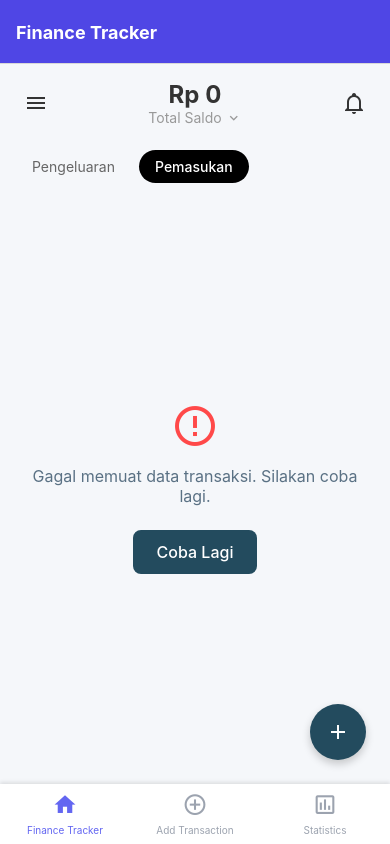
Repository: FarhanAryadi/FinTrack
Screen: /Home
An editor plug-in stored every save of this project. The screen is shown before and after a run of saves, followed by the edit.
The page's requests for data from a server got no answer. The app was drawn by React Native's web renderer in a window 390 px wide. The project was rebuilt for these pictures with package versions that can differ from the ones it lists, and the page was loaded fresh each time. No one was signed in, and anything a server would have sent is missing. Also part of the build but not shown: src/services/categoryService.ts, src/components/common/CategoryDropdown.tsx, src/screens/AddTransactionScreen.tsx, src/components/transactions/TransactionCard.tsx, src/components/common/Header.tsx, src/config/api.ts, src/api/transactionService.ts, src/hooks/useTransactions.ts and 1 more.

Above is the screen before, as saved 2025-03-06 19:32:53.

### App.tsx
import { MaterialCommunityIcons } from '@expo/vector-icons';
import { createBottomTabNavigator } from '@react-navigation/bottom-tabs';
import { NavigationContainer } from '@react-navigation/native';
import { StatusBar } from 'expo-status-bar';
import React from 'react';

import AddTransactionScreen from './src/screens/AddTransactionScreen';
import HomeScreen from './src/screens/HomeScreen';
import StatisticsScreen from './src/screens/StatisticsScreen';

const Tab = createBottomTabNavigator();

type IconName = React.ComponentProps<typeof MaterialCommunityIcons>['name'];

export default function App() {
	return (
		<NavigationContainer>
			<StatusBar style="light" />
			<Tab.Navigator
				screenOptions={({ route }) => ({
					tabBarIcon: ({ focused, color, size }) => {
						let iconName: IconName = 'home';

						if (route.name === 'Home') {
							iconName = focused ? 'home' : 'home-outline';
						} else if (route.name === 'Add') {
							iconName = focused ? 'plus-circle' : 'plus-circle-outline';
						} else if (route.name === 'Statistics') {
							iconName = focused ? 'chart-box' : 'chart-box-outline';
						}

						return (
							<MaterialCommunityIcons
								name={iconName}
								size={size}
								color={color}
							/>
						);
					},
					tabBarActiveTintColor: '#6366f1',
					tabBarInactiveTintColor: '#9ca3af',
					tabBarStyle: {
						backgroundColor: 'white',
						borderTopWidth: 0,
						elevation: 10,
						shadowColor: '#000',
						shadowOffset: {
							width: 0,
							height: -2,
						},
						shadowOpacity: 0.1,
						shadowRadius: 3.84,
						height: 60,
						paddingBottom: 8,
					},
					headerStyle: {
						backgroundColor: '#4f46e5',
						elevation: 0,
						shadowOpacity: 0,
					},
					headerTintColor: 'white',
					headerTitleStyle: {
						fontWeight: 'bold',
					},
				})}
			>
				<Tab.Screen
					name="Home"
					component={HomeScreen}
					options={{
						title: 'Finance Tracker',
					}}
				/>
				<Tab.Screen
					name="Add"
					component={AddTransactionScreen}
					options={{
						title: 'Add Transaction',
					}}
				/>
				<Tab.Screen
					name="Statistics"
					component={StatisticsScreen}
					options={{
						title: 'Statistics',
					}}
				/>
			</Tab.Navigator>
		</NavigationContainer>
	);
}

### src/screens/HomeScreen.tsx
import { MaterialCommunityIcons } from '@expo/vector-icons';
import { useNavigation } from '@react-navigation/native';
import React, { useCallback, useEffect, useState } from 'react';
import {
	ActivityIndicator,
	Alert,
	Dimensions,
	RefreshControl,
	ScrollView,
	StatusBar,
	StyleSheet,
	Text,
	TouchableOpacity,
	View,
} from 'react-native';
import { TouchableWithoutFeedback } from 'react-native-gesture-handler';
import { TransactionCard } from '../components/transactions/TransactionCard';
import { colors } from '../constants/colors';
import { transactionService } from '../services/transactionService';
import { Transaction } from '../types/transaction';
import { formatCurrency } from '../utils/formatCurrency';

const { width } = Dimensions.get('window');

const HomeScreen = () => {
	const navigation = useNavigation();
	const [activeTab, setActiveTab] = useState<'EXPENSE' | 'INCOME'>('INCOME');
	const [transactions, setTransactions] = useState<Transaction[]>([]);
	const [loading, setLoading] = useState(true);
	const [refreshing, setRefreshing] = useState(false);
	const [balance, setBalance] = useState(0);
	const [income, setIncome] = useState(0);
	const [expense, setExpense] = useState(0);
	const [error, setError] = useState<string | null>(null);
	const [activePeriod, setActivePeriod] = useState<
		'daily' | 'monthly' | 'yearly'
	>('monthly');

	const fetchTransactions = useCallback(async () => {
		try {
			setLoading(true);
			setError(null);
			const data = await transactionService.getTransactions();
			setTransactions(data);

			// Calculate totals
			let totalIncome = 0;
			let totalExpense = 0;

			data.forEach((transaction: Transaction) => {
				if (transaction.type === 'INCOME') {
					totalIncome += transaction.amount;
				} else {
					totalExpense += transaction.amount;
				}
			});

			setIncome(totalIncome);
			setExpense(totalExpense);
			setBalance(totalIncome - totalExpense);
		} catch (error) {
			console.error('Error fetching transactions:', error);
			setError('Gagal memuat data transaksi. Silakan coba lagi.');

			Alert.alert(
				'Error',
				'Gagal memuat data transaksi. Pastikan server backend berjalan dan dapat diakses.',
				[
					{
						text: 'Coba Lagi',
						onPress: () => fetchTransactions(),
					},
				]
			);
		} finally {
			setLoading(false);
			setRefreshing(false);
		}
	}, []);

	useEffect(() => {
		fetchTransactions();
	}, [fetchTransactions]);

	const onRefresh = useCallback(() => {
		setRefreshing(true);
		fetchTransactions();
	}, [fetchTransactions]);

	// Calculate summary data
	const calculateSummary = () => {
		const today = new Date();
		const startOfDay = new Date(today.setHours(0, 0, 0, 0));
		const startOfWeek = new Date(today);
		startOfWeek.setDate(today.getDate() - today.getDay());
		startOfWeek.setHours(0, 0, 0, 0);
		const startOfMonth = new Date(today.getFullYear(), today.getMonth(), 1);

		let dayTotal = 0;
		let weekTotal = 0;
		let monthTotal = 0;

		const filteredTransactions = transactions.filter(
			(t) => t.type === activeTab
		);

		filteredTransactions.forEach((transaction) => {
			const transactionDate = new Date(transaction.date);

			if (transactionDate >= startOfDay) {
				dayTotal += transaction.amount;
			}

			if (transactionDate >= startOfWeek) {
				weekTotal += transaction.amount;
			}

			if (transactionDate >= startOfMonth) {
				monthTotal += transaction.amount;
			}
		});

		return {
			day: dayTotal,
			week: weekTotal,
			month: monthTotal,
		};
	};

	const summaryData = calculateSummary();

	// Get filtered transactions
	const getFilteredTransactions = () => {
		return transactions
			.filter((t) => t.type === activeTab)
			.sort((a, b) => new Date(b.date).getTime() - new Date(a.date).getTime())
			.slice(0, 5);
	};

	return (
		<View style={styles.container}>
			<StatusBar barStyle="dark-content" backgroundColor="#f5f7fa" />

			{/* Header */}
			<View style={styles.header}>
				<TouchableOpacity style={styles.menuButton}>
					<MaterialCommunityIcons name="menu" size={24} color="#333" />
				</TouchableOpacity>

				<View style={styles.balanceContainer}>
					<Text style={styles.balanceAmount}>{formatCurrency(balance)}</Text>
					<TouchableOpacity style={styles.balanceDropdown}>
						<Text style={styles.balanceLabel}>Total Saldo</Text>
						<MaterialCommunityIcons
							name="chevron-down"
							size={16}
							color="#999"
						/>
					</TouchableOpacity>
				</View>

				<TouchableOpacity style={styles.notificationButton}>
					<MaterialCommunityIcons name="bell-outline" size={24} color="#333" />
				</TouchableOpacity>
			</View>

			{/* Tab Selector */}
			<View style={styles.tabContainer}>
				<TouchableOpacity
					style={[styles.tab, activeTab === 'EXPENSE' && styles.activeTab]}
					onPress={() => setActiveTab('EXPENSE')}
				>
					<Text
						style={[
							styles.tabText,
							activeTab === 'EXPENSE' && styles.activeTabText,
						]}
					>
						Pengeluaran
					</Text>
				</TouchableOpacity>

				<TouchableOpacity
					style={[styles.tab, activeTab === 'INCOME' && styles.activeTab]}
					onPress={() => setActiveTab('INCOME')}
				>
					<Text
						style={[
							styles.tabText,
							activeTab === 'INCOME' && styles.activeTabText,
						]}
					>
						Pemasukan
					</Text>
				</TouchableOpacity>
			</View>

			{loading && !refreshing ? (
				<View style={styles.loadingContainer}>
					<ActivityIndicator size="large" color={colors.primary.main} />
				</View>
			) : error ? (
				<View style={styles.errorContainer}>
					<MaterialCommunityIcons
						name="alert-circle-outline"
						size={48}
						color={colors.danger.main}
					/>
					<Text style={styles.errorText}>{error}</Text>
					<TouchableOpacity
						style={styles.retryButton}
						onPress={fetchTransactions}
					>
						<Text style={styles.retryButtonText}>Coba Lagi</Text>
					</TouchableOpacity>
				</View>
			) : (
				<ScrollView
					style={styles.content}
					refreshControl={
						<RefreshControl
							refreshing={refreshing}
							onRefresh={onRefresh}
							colors={[colors.primary.main]}
							tintColor={colors.primary.main}
						/>
					}
				>
					{/* Summary */}
					<View style={styles.summaryContainer}>
						<View
							style={[styles.dailySummaryItem, { backgroundColor: '#FFF4D4' }]}
						>
							<Text style={[styles.summaryLabel, { color: '#B7934A' }]}>
								Hari
							</Text>
							<Text
								style={[
									styles.summaryValue,
									styles.dailyValue,
									{ color: '#8B7355' },
								]}
							>
								{formatCurrency(summaryData.day)}
							</Text>
						</View>
						<View style={styles.weekMonthContainer}>
							<View
								style={[
									styles.summaryItem,
									{ backgroundColor: '#E8F4FF', marginRight: 8 },
								]}
							>
								<Text style={[styles.summaryLabel, { color: '#5B8DB8' }]}>
									Minggu
								</Text>
								<Text style={[styles.summaryValue, { color: '#2C5282' }]}>
									{formatCurrency(summaryData.week)}
								</Text>
							</View>
							<View
								style={[styles.summaryItem, { backgroundColor: '#E7F5E8' }]}
							>
								<Text style={[styles.summaryLabel, { color: '#4A9D5B' }]}>
									Bulan
								</Text>
								<Text style={[styles.summaryValue, { color: '#276749' }]}>
									{formatCurrency(summaryData.month)}
								</Text>
							</View>
						</View>
					</View>

					{/* Recent Transactions */}
					<View style={styles.transactionsContainer}>
						<Text style={styles.transactionsTitle}>Transaksi Terbaru</Text>

						{getFilteredTransactions().length === 0 ? (
							<View style={styles.emptyContainer}>
								<Text style={styles.emptyText}>Belum ada transaksi</Text>
							</View>
						) : (
							getFilteredTransactions().map((transaction) => (
								<TransactionCard
									key={transaction.id}
									transaction={transaction}
									onPress={() => {
										// Handle transaction press
									}}
								/>
							))
						)}
					</View>
				</ScrollView>
			)}

			{/* Floating Action Button */}
			<TouchableOpacity
				style={styles.fab}
				onPress={() => navigation.navigate('Add' as never)}
			>
				<MaterialCommunityIcons name="plus" size={24} color="#fff" />
			</TouchableOpacity>
		</View>
	);
};

const styles = StyleSheet.create({
	container: {
		flex: 1,
		backgroundColor: '#f5f7fa',
	},
	header: {
		flexDirection: 'row',
		alignItems: 'center',
		justifyContent: 'space-between',
		paddingHorizontal: 16,
		paddingTop: 16,
		paddingBottom: 8,
	},
	menuButton: {
		padding: 8,
	},
	balanceContainer: {
		alignItems: 'center',
	},
	balanceAmount: {
		fontSize: 24,
		fontWeight: 'bold',
		color: '#333',
	},
	balanceDropdown: {
		flexDirection: 'row',
		alignItems: 'center',
	},
	balanceLabel: {
		fontSize: 14,
		color: '#999',
		marginRight: 4,
	},
	notificationButton: {
		padding: 8,
	},
	tabContainer: {
		flexDirection: 'row',
		paddingHorizontal: 16,
		marginTop: 16,
		marginBottom: 8,
	},
	tab: {
		paddingVertical: 8,
		paddingHorizontal: 16,
		borderRadius: 20,
		marginRight: 8,
	},
	activeTab: {
		backgroundColor: '#000',
	},
	tabText: {
		fontSize: 14,
		color: '#666',
	},
	activeTabText: {
		color: '#fff',
		fontWeight: '500',
	},
	periodContainer: {
		flexDirection: 'row',
		backgroundColor: '#f5f5f5',
		borderRadius: 30,
		padding: 4,
		marginHorizontal: 16,
		marginTop: 8,
		marginBottom: 16,
	},
	periodTab: {
		flex: 1,
		paddingVertical: 8,
		paddingHorizontal: 12,
		borderRadius: 30,
		alignItems: 'center',
	},
	periodTabActive: {
		backgroundColor: '#fff',
	},
	periodTabInactive: {
		backgroundColor: 'transparent',
	},
	periodTabText: {
		fontSize: 14,
		color: '#999',
	},
	periodTabTextActive: {
		color: '#333',
		fontWeight: '500',
	},
	content: {
		flex: 1,
		paddingHorizontal: 16,
	},
	loadingContainer: {
		flex: 1,
		justifyContent: 'center',
		alignItems: 'center',
	},
	summaryContainer: {
		marginTop: 16,
		marginBottom: 16,
		paddingHorizontal: 4,
	},
	dailySummaryItem: {
		borderRadius: 16,
		padding: 24,
		alignItems: 'center',
		marginBottom: 12,
		shadowColor: '#000',
		shadowOffset: { width: 0, height: 2 },
		shadowOpacity: 0.05,
		shadowRadius: 4,
		elevation: 2,
	},
	weekMonthContainer: {
		flexDirection: 'row',
		justifyContent: 'space-between',
	},
	summaryItem: {
		flex: 1,
		borderRadius: 16,
		padding: 20,
		alignItems: 'center',
		shadowColor: '#000',
		shadowOffset: { width: 0, height: 2 },
		shadowOpacity: 0.05,
		shadowRadius: 4,
		elevation: 2,
	},
	summaryLabel: {
		fontSize: 14,
		marginBottom: 8,
	},
	summaryValue: {
		fontSize: 18,
		fontWeight: 'bold',
	},
	dailyValue: {
		fontSize: 32,
	},
	transactionsContainer: {
		marginBottom: 24,
	},
	transactionsTitle: {
		fontSize: 18,
		fontWeight: 'bold',
		color: '#333',
		marginBottom: 12,
	},
	emptyContainer: {
		backgroundColor: '#fff',
		borderRadius: 16,
		padding: 24,
		alignItems: 'center',
		shadowColor: '#000',
		shadowOffset: { width: 0, height: 2 },
		shadowOpacity: 0.05,
		shadowRadius: 4,
		elevation: 2,
	},
	emptyText: {
		fontSize: 16,
		color: '#999',
	},
	errorContainer: {
		flex: 1,
		justifyContent: 'center',
		alignItems: 'center',
		padding: 20,
	},
	errorText: {
		fontSize: 16,
		color: colors.text.secondary,
		textAlign: 'center',
		marginTop: 16,
		marginBottom: 24,
	},
	retryButton: {
		backgroundColor: colors.primary.main,
		paddingVertical: 12,
		paddingHorizontal: 24,
		borderRadius: 8,
	},
	retryButtonText: {
		color: '#fff',
		fontSize: 16,
		fontWeight: '500',
	},
	fab: {
		position: 'absolute',
		bottom: 24,
		right: 24,
		width: 56,
		height: 56,
		borderRadius: 28,
		backgroundColor: colors.primary.main,
		justifyContent: 'center',
		alignItems: 'center',
		shadowColor: '#000',
		shadowOffset: { width: 0, height: 4 },
		shadowOpacity: 0.2,
		shadowRadius: 8,
		elevation: 4,
	},
});

export default HomeScreen;

### src/constants/colors.ts
export const colors = {
	// Primary Colors
	primary: {
		dark: '#1B3242',    // Dark Teal
		main: '#234B5E',    // Teal
		light: '#C1FF3F',   // Neon Green
		surface: '#F4F6F8', // Light Gray
	},

	// Accent Colors
	accent: {
		purple: '#E9DEFF',  // Light Purple
		green: '#C1FF3F',   // Neon Green
		teal: '#234B5E',    // Teal
	},

	// Status Colors
	success: {
		light: '#C1FF3F',   // Neon Green
		main: '#9FD82B',    // Darker Green
		dark: '#8AC123',    // Even Darker Green
		surface: '#F5FFF0',
	},
	danger: {
		light: '#FF6B6B',
		main: '#FF4949',
		dark: '#E53E3E',
		surface: '#FFF5F5',
	},
	warning: {
		light: '#FFD93D',
		main: '#FFC107',
		dark: '#F9A825',
		surface: '#FFFBEB',
	},

	// Neutral Colors
	background: '#F4F6F8',  // Light Gray Background
	card: '#FFFFFF',
	border: '#E1E6EB',

	// Text Colors
	text: {
		primary: '#1B3242',   // Dark Teal
		secondary: '#5A7184', // Medium Gray
		disabled: '#A3AEB8',  // Light Gray
		inverse: '#FFFFFF',   // White
	},

	// Transaction Types
	transaction: {
		income: {
			light: '#C1FF3F',  // Neon Green
			main: '#9FD82B',   // Darker Green
			dark: '#8AC123',   // Even Darker Green
		},
		expense: {
			light: '#FF6B6B',
			main: '#FF4949',
			dark: '#E53E3E',
		},
	},

	// Card Gradients
	gradients: {
		primary: ['#234B5E', '#1B3242'],
		success: ['#C1FF3F', '#9FD82B'],
		purple: ['#E9DEFF', '#D4BBFF'],
	},
};

### src/services/transactionService.ts
import { API_URL } from '../config';
import { fetchWithTimeout } from '../utils/fetchWithTimeout';

interface CreateTransactionData {
	type: 'INCOME' | 'EXPENSE';
	amount: number;
	description: string;
	categoryId: string;
}

export const transactionService = {
	async createTransaction(data: CreateTransactionData) {
		try {
			console.log('Creating transaction with URL:', `${API_URL}/transactions`);
			console.log('Transaction data:', JSON.stringify(data));

			const response = await fetchWithTimeout(`${API_URL}/transactions`, {
				method: 'POST',
				headers: {
					'Content-Type': 'application/json',
				},
				body: JSON.stringify({
					...data,
					date: new Date().toISOString(),
				}),
			});

			if (!response.ok) {
				const errorText = await response.text();
				console.error('Server response error:', response.status, errorText);
				throw new Error(`Server responded with status: ${response.status}, message: ${errorText}`);
			}

			return await response.json();
		} catch (error) {
			console.error('Error in createTransaction:', error);
			throw error;
		}
	},

	async getTransactions() {
		try {
			console.log('Fetching transactions from URL:', `${API_URL}/transactions`);

			const response = await fetchWithTimeout(`${API_URL}/transactions`);

			if (!response.ok) {
				const errorText = await response.text();
				console.error('Server response error:', response.status, errorText);
				throw new Error(`Server responded with status: ${response.status}, message: ${errorText}`);
			}

			const data = await response.json();
			console.log('Transactions fetched successfully, count:', data.length);
			return data;
		} catch (error) {
			console.error('Error in getTransactions:', error);
			throw error;
		}
	},

	async getTransactionsByDateRange(startDate: Date, endDate: Date) {
		try {
			const start = startDate.toISOString();
			const end = endDate.toISOString();

			console.log('Fetching transactions by date range from URL:',
				`${API_URL}/transactions/date-range?startDate=${start}&endDate=${end}`);

			const response = await fetchWithTimeout(`${API_URL}/transactions/date-range?startDate=${start}&endDate=${end}`);

			if (!response.ok) {
				const errorText = await response.text();
				console.error('Server response error:', response.status, errorText);
				throw new Error(`Server responded with status: ${response.status}, message: ${errorText}`);
			}

			const data = await response.json();
			console.log('Transactions by date range fetched successfully, count:', data.length);
			return data;
		} catch (error) {
			console.error('Error in getTransactionsByDateRange:', error);
			throw error;
		}
	},
};

### src/utils/formatCurrency.ts
/**
 * Format angka menjadi format mata uang Rupiah
 * @param amount Jumlah yang akan diformat
 * @returns String dalam format Rupiah (contoh: Rp 1.000.000)
 */
export const formatCurrency = (amount: number): string => {
  return `Rp ${amount.toLocaleString('id-ID')}`;
};

### src/config.ts
export const API_URL = 'http://192.168.100.13:3000/api';

### src/utils/fetchWithTimeout.ts
/**
 * Fetch dengan timeout untuk mengatasi masalah jaringan
 * @param url URL yang akan diakses
 * @param options Opsi fetch
 * @param timeout Timeout dalam milidetik (default: 15000ms)
 * @returns Promise dengan hasil fetch
 */
export const fetchWithTimeout = async (
	url: string,
	options: RequestInit = {},
	timeout = 15000
): Promise<Response> => {
	const controller = new AbortController();
	const id = setTimeout(() => controller.abort(), timeout);

	try {
		const response = await fetch(url, {
			...options,
			signal: controller.signal,
		});
		clearTimeout(id);
		return response;
	} catch (error) {
		clearTimeout(id);
		if (error.name === 'AbortError') {
			throw new Error(`Request timeout after ${timeout}ms`);
		}
		throw error;
	}
};

### src/components/navigation/BottomNavigation.tsx
import { MaterialCommunityIcons } from '@expo/vector-icons';
import { useNavigation, useRoute } from '@react-navigation/native';
import React, { useEffect } from 'react';
import {
	Animated,
	Dimensions,
	StyleSheet,
	TouchableOpacity,
	View,
} from 'react-native';

const { width } = Dimensions.get('window');

const BottomNavigation = () => {
	const navigation = useNavigation();
	const route = useRoute();
	const animatedValues = {
		home: new Animated.Value(route.name === 'Home' ? 1 : 0),
		profile: new Animated.Value(route.name === 'Profile' ? 1 : 0),
		chat: new Animated.Value(route.name === 'Chat' ? 1 : 0),
		settings: new Animated.Value(route.name === 'Settings' ? 1 : 0),
	};

	const animateIcon = (
		icon: keyof typeof animatedValues,
		routeName: string
	) => {
		// Reset all animations
		Object.keys(animatedValues).forEach((key) => {
			Animated.spring(animatedValues[key as keyof typeof animatedValues], {
				toValue: 0,
				useNativeDriver: true,
			}).start();
		});

		// Animate selected icon
		Animated.spring(animatedValues[icon], {
			toValue: 1,
			friction: 6,
			tension: 40,
			useNativeDriver: true,
		}).start();

		navigation.navigate(routeName as never);
	};

	const getAnimatedStyle = (icon: keyof typeof animatedValues) => {
		return {
			transform: [
				{
					scale: animatedValues[icon].interpolate({
						inputRange: [0, 1],
						outputRange: [1, 1.2],
					}),
				},
			],
			opacity: animatedValues[icon].interpolate({
				inputRange: [0, 1],
				outputRange: [0.5, 1],
			}),
		};
	};

	return (
		<View style={styles.container}>
			<View style={styles.navigationBar}>
				<TouchableOpacity
					style={styles.iconContainer}
					onPress={() => animateIcon('home', 'Home')}
				>
					<Animated.View style={getAnimatedStyle('home')}>
						<MaterialCommunityIcons name="home" size={24} color="#5B37B7" />
					</Animated.View>
				</TouchableOpacity>

				<TouchableOpacity
					style={styles.iconContainer}
					onPress={() => animateIcon('profile', 'Profile')}
				>
					<Animated.View style={getAnimatedStyle('profile')}>
						<MaterialCommunityIcons name="account" size={24} color="#5B37B7" />
					</Animated.View>
				</TouchableOpacity>

				<View style={styles.addButtonContainer}>
					<TouchableOpacity
						style={styles.addButton}
						onPress={() => navigation.navigate('Add' as never)}
					>
						<MaterialCommunityIcons name="plus" size={24} color="#FFFFFF" />
					</TouchableOpacity>
				</View>

				<TouchableOpacity
					style={styles.iconContainer}
					onPress={() => animateIcon('chat', 'Chat')}
				>
					<Animated.View style={getAnimatedStyle('chat')}>
						<MaterialCommunityIcons name="chat" size={24} color="#5B37B7" />
					</Animated.View>
				</TouchableOpacity>

				<TouchableOpacity
					style={styles.iconContainer}
					onPress={() => animateIcon('settings', 'Settings')}
				>
					<Animated.View style={getAnimatedStyle('settings')}>
						<MaterialCommunityIcons name="cog" size={24} color="#5B37B7" />
					</Animated.View>
				</TouchableOpacity>
			</View>
		</View>
	);
};

const styles = StyleSheet.create({
	container: {
		position: 'absolute',
		bottom: 0,
		width: width,
		paddingHorizontal: 16,
		paddingBottom: 16,
		backgroundColor: 'transparent',
	},
	navigationBar: {
		flexDirection: 'row',
		backgroundColor: '#FFFFFF',
		borderRadius: 30,
		height: 64,
		alignItems: 'center',
		justifyContent: 'space-around',
		paddingHorizontal: 16,
		shadowColor: '#000',
		shadowOffset: {
			width: 0,
			height: 4,
		},
		shadowOpacity: 0.1,
		shadowRadius: 12,
		elevation: 8,
	},
	iconContainer: {
		flex: 1,
		alignItems: 'center',
		justifyContent: 'center',
		height: 48,
	},
	addButtonContainer: {
		flex: 1,
		alignItems: 'center',
		justifyContent: 'center',
		marginTop: -32,
	},
	addButton: {
		backgroundColor: '#5B37B7',
		width: 56,
		height: 56,
		borderRadius: 28,
		alignItems: 'center',
		justifyContent: 'center',
		shadowColor: '#5B37B7',
		shadowOffset: {
			width: 0,
			height: 4,
		},
		shadowOpacity: 0.3,
		shadowRadius: 8,
		elevation: 6,
	},
});

export default BottomNavigation;

After the next 2 saves:
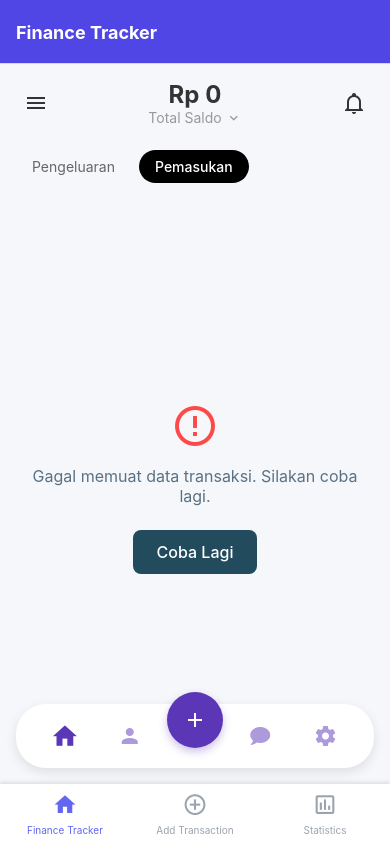
The 2 saves are shown as one change because they came seconds apart.
The last was saved 12 s later.
--- a/src/screens/HomeScreen.tsx
+++ b/src/screens/HomeScreen.tsx
@@ -14,6 +14,7 @@ import {
 	View,
 } from 'react-native';
 import { TouchableWithoutFeedback } from 'react-native-gesture-handler';
+import BottomNavigation from '../components/navigation/BottomNavigation';
 import { TransactionCard } from '../components/transactions/TransactionCard';
 import { colors } from '../constants/colors';
 import { transactionService } from '../services/transactionService';
@@ -294,13 +295,8 @@ const HomeScreen = () => {
 				</ScrollView>
 			)}
 
-			{/* Floating Action Button */}
-			<TouchableOpacity
-				style={styles.fab}
-				onPress={() => navigation.navigate('Add' as never)}
-			>
-				<MaterialCommunityIcons name="plus" size={24} color="#fff" />
-			</TouchableOpacity>
+			{/* Bottom Navigation */}
+			<BottomNavigation />
 		</View>
 	);
 };
@@ -397,6 +393,7 @@ const styles = StyleSheet.create({
 	content: {
 		flex: 1,
 		paddingHorizontal: 16,
+		paddingBottom: 80,
 	},
 	loadingContainer: {
 		flex: 1,
@@ -493,22 +490,6 @@ const styles = StyleSheet.create({
 		fontSize: 16,
 		fontWeight: '500',
 	},
-	fab: {
-		position: 'absolute',
-		bottom: 24,
-		right: 24,
-		width: 56,
-		height: 56,
-		borderRadius: 28,
-		backgroundColor: colors.primary.main,
-		justifyContent: 'center',
-		alignItems: 'center',
-		shadowColor: '#000',
-		shadowOffset: { width: 0, height: 4 },
-		shadowOpacity: 0.2,
-		shadowRadius: 8,
-		elevation: 4,
-	},
 });
 
 export default HomeScreen;
